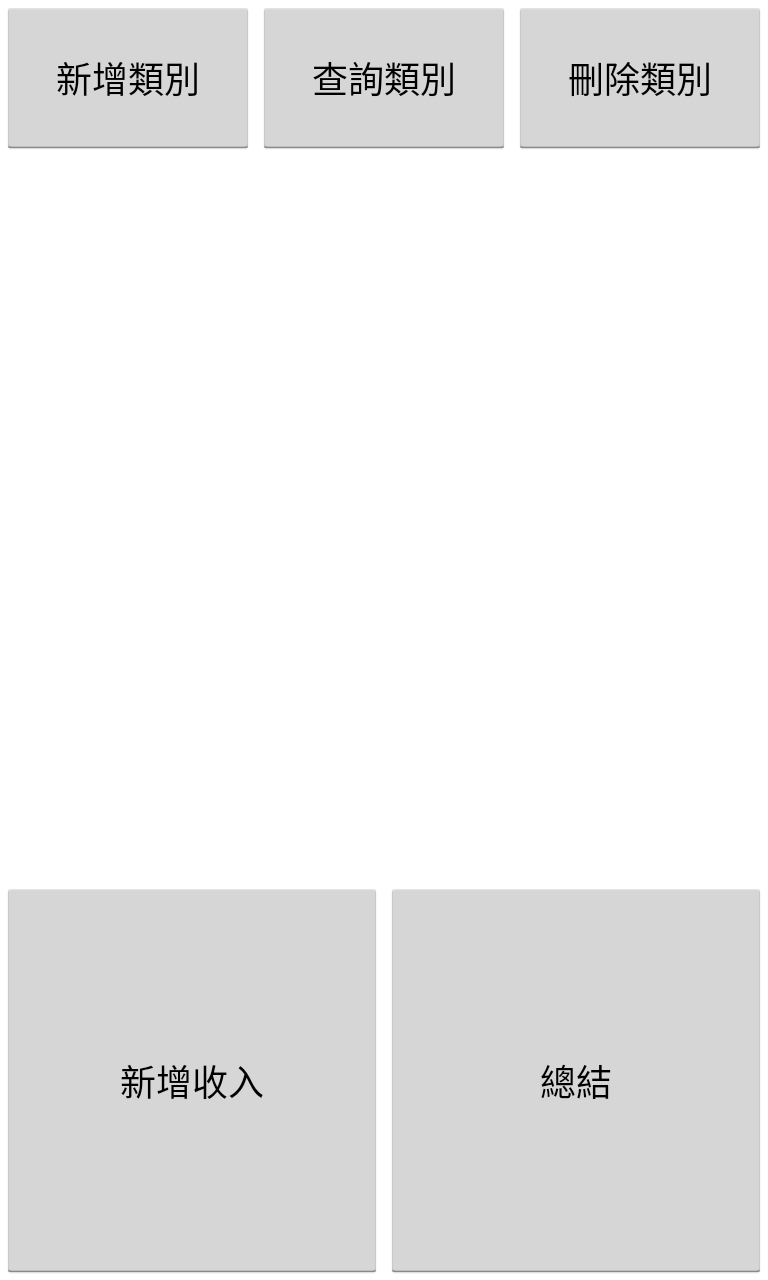
Repository: rayyrayy/Android-app-project
Layout: flashaccounting/easy money manager/res/layout/activity_main.xml
An editor plug-in stored every save of this project. The layout is shown before and after the next save, followed by the edit.
It is drawn on a 768 x 1280 px phone screen (xhdpi) without system bars, with theme AppTheme; the app's code is not run.

Above is the layout before, as saved 2014-11-10 03:23:49.

After the next save:
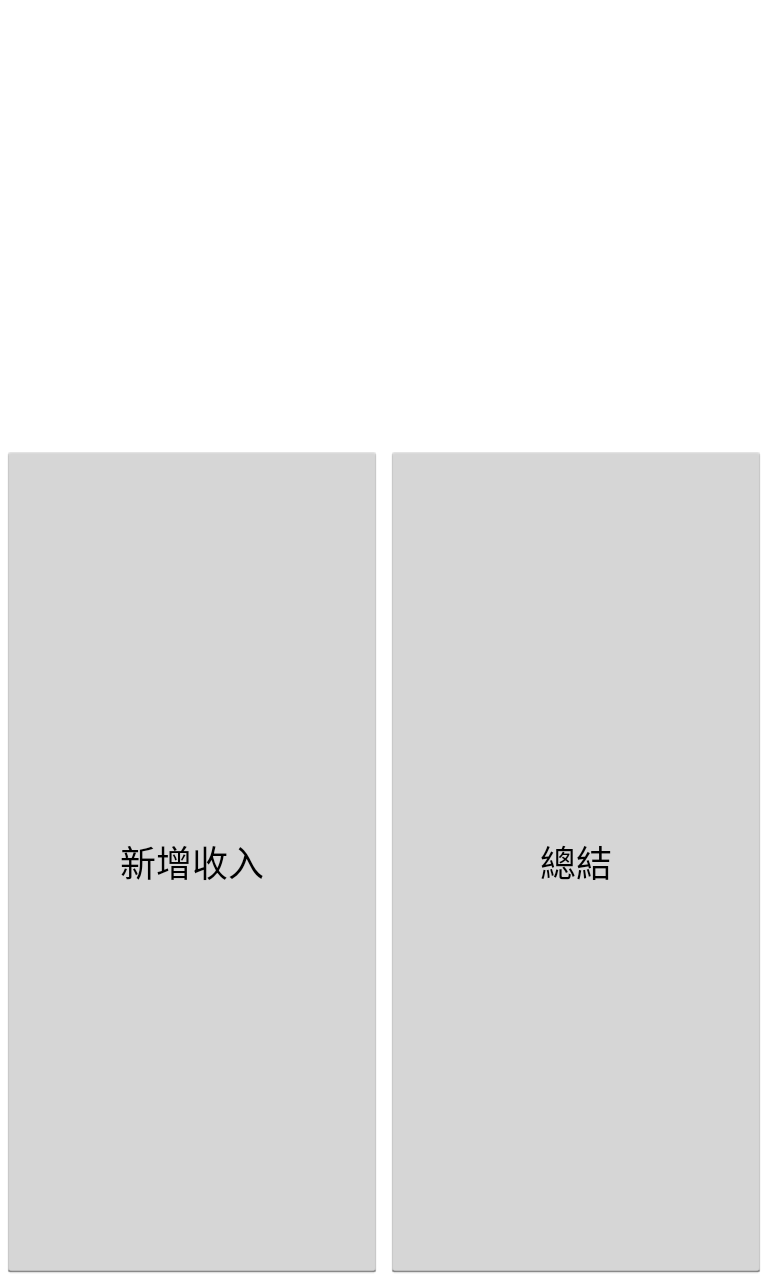
Saved 112 s later.
--- a/flashaccounting/easy money manager/res/layout/activity_main.xml
+++ b/flashaccounting/easy money manager/res/layout/activity_main.xml
@@ -6,63 +6,10 @@
    	android:layout_height="fill_parent"
 	android:orientation="vertical">
 
-   <LinearLayout
-    android:layout_width="fill_parent"
-   	android:layout_height="wrap_content"
-   	android:layout_weight="1"
-   	android:orientation="horizontal"
-   	android:baselineAligned="false">
-
-   	    <LinearLayout
-    	android:layout_width="fill_parent"
-   		android:layout_height="fill_parent"
-   		android:layout_weight="1"
-   		android:orientation="horizontal">
-
-    		<Button
-    		    android:id="@+id/AddClass"
-    		    android:layout_width="fill_parent"
-    		    android:layout_height="fill_parent"
-    		    android:text="@string/AddClass" />
-
-		</LinearLayout>
-
-   		<LinearLayout
-       	android:layout_width="fill_parent"
-   		android:layout_height="fill_parent"
-   		android:layout_weight="1"
-   		android:orientation="horizontal">
-
-   		    <Button
-   		        android:id="@+id/button1"
-   		        android:layout_width="fill_parent"
-   		        android:layout_height="fill_parent"
-   		        android:onClick="querytable"
-   		        android:text="@string/QueryClass" />
-
-    	</LinearLayout>
-
-   		<LinearLayout
-       	android:layout_width="fill_parent"
-   		android:layout_height="fill_parent"
-   		android:layout_weight="1"
-   		android:orientation="horizontal">
-
-    		<Button
-    		    android:id="@+id/DelClass"
-    		    android:layout_width="fill_parent"
-    		    android:layout_height="fill_parent"
-    		    android:onClick="DelClass"
-    		    android:text="@string/DelClass" />
-
-  	  	</LinearLayout>
-
-	</LinearLayout>
-
    	<LinearLayout
     android:layout_width="fill_parent"
     android:layout_height="wrap_content"
-   	android:layout_weight="12"
+   	android:layout_weight="3"
    	android:orientation="horizontal">
 
 	    <GridLayout

After the save that followed:
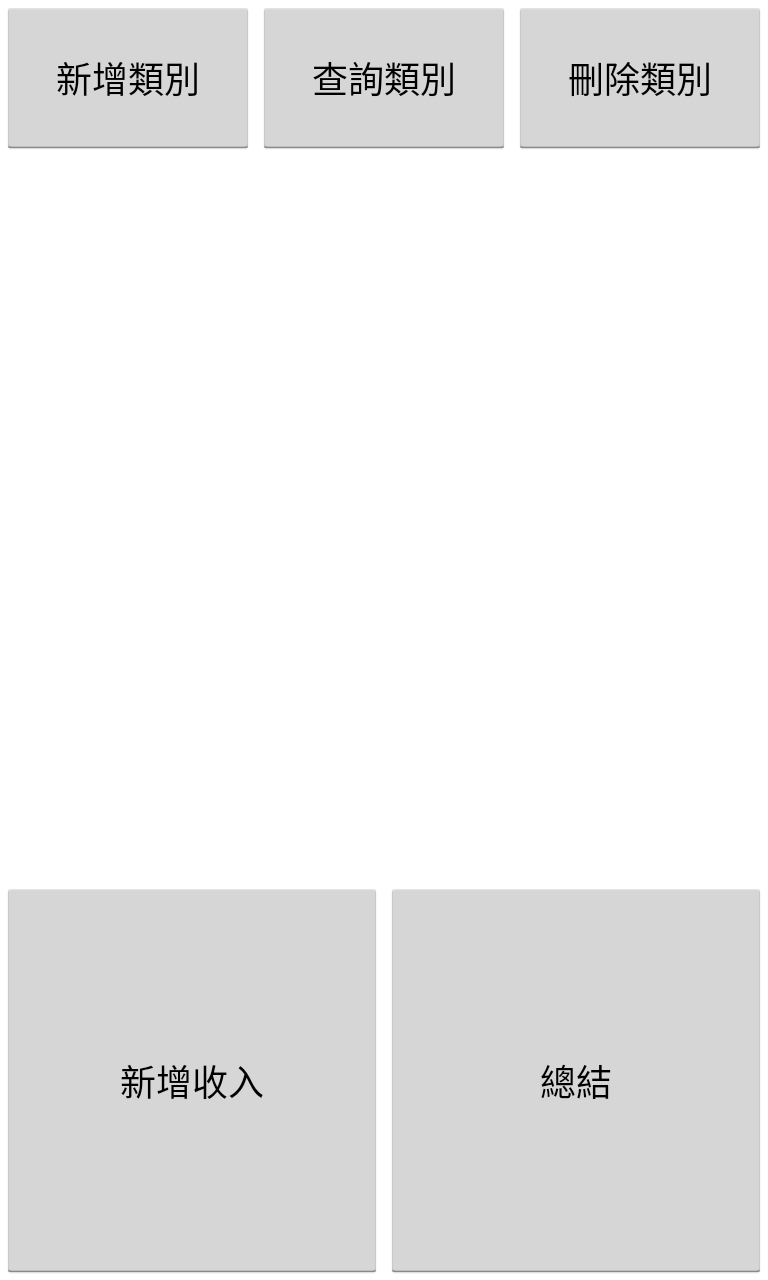
Saved 72 s later.
--- a/flashaccounting/easy money manager/res/layout/activity_main.xml
+++ b/flashaccounting/easy money manager/res/layout/activity_main.xml
@@ -6,10 +6,63 @@
    	android:layout_height="fill_parent"
 	android:orientation="vertical">
 
+   <LinearLayout
+    android:layout_width="fill_parent"
+   	android:layout_height="wrap_content"
+   	android:layout_weight="1"
+   	android:orientation="horizontal"
+   	android:baselineAligned="false">
+
+   	    <LinearLayout
+    	android:layout_width="fill_parent"
+   		android:layout_height="fill_parent"
+   		android:layout_weight="1"
+   		android:orientation="horizontal">
+
+    		<Button
+    		    android:id="@+id/AddClass"
+    		    android:layout_width="fill_parent"
+    		    android:layout_height="fill_parent"
+    		    android:text="@string/AddClass" />
+
+		</LinearLayout>
+
+   		<LinearLayout
+       	android:layout_width="fill_parent"
+   		android:layout_height="fill_parent"
+   		android:layout_weight="1"
+   		android:orientation="horizontal">
+
+   		    <Button
+   		        android:id="@+id/button1"
+   		        android:layout_width="fill_parent"
+   		        android:layout_height="fill_parent"
+   		        android:onClick="querytable"
+   		        android:text="@string/QueryClass" />
+
+    	</LinearLayout>
+
+   		<LinearLayout
+       	android:layout_width="fill_parent"
+   		android:layout_height="fill_parent"
+   		android:layout_weight="1"
+   		android:orientation="horizontal">
+
+    		<Button
+    		    android:id="@+id/DelClass"
+    		    android:layout_width="fill_parent"
+    		    android:layout_height="fill_parent"
+    		    android:onClick="DelClass"
+    		    android:text="@string/DelClass" />
+
+  	  	</LinearLayout>
+
+	</LinearLayout>
+
    	<LinearLayout
     android:layout_width="fill_parent"
     android:layout_height="wrap_content"
-   	android:layout_weight="3"
+   	android:layout_weight="12"
    	android:orientation="horizontal">
 
 	    <GridLayout
